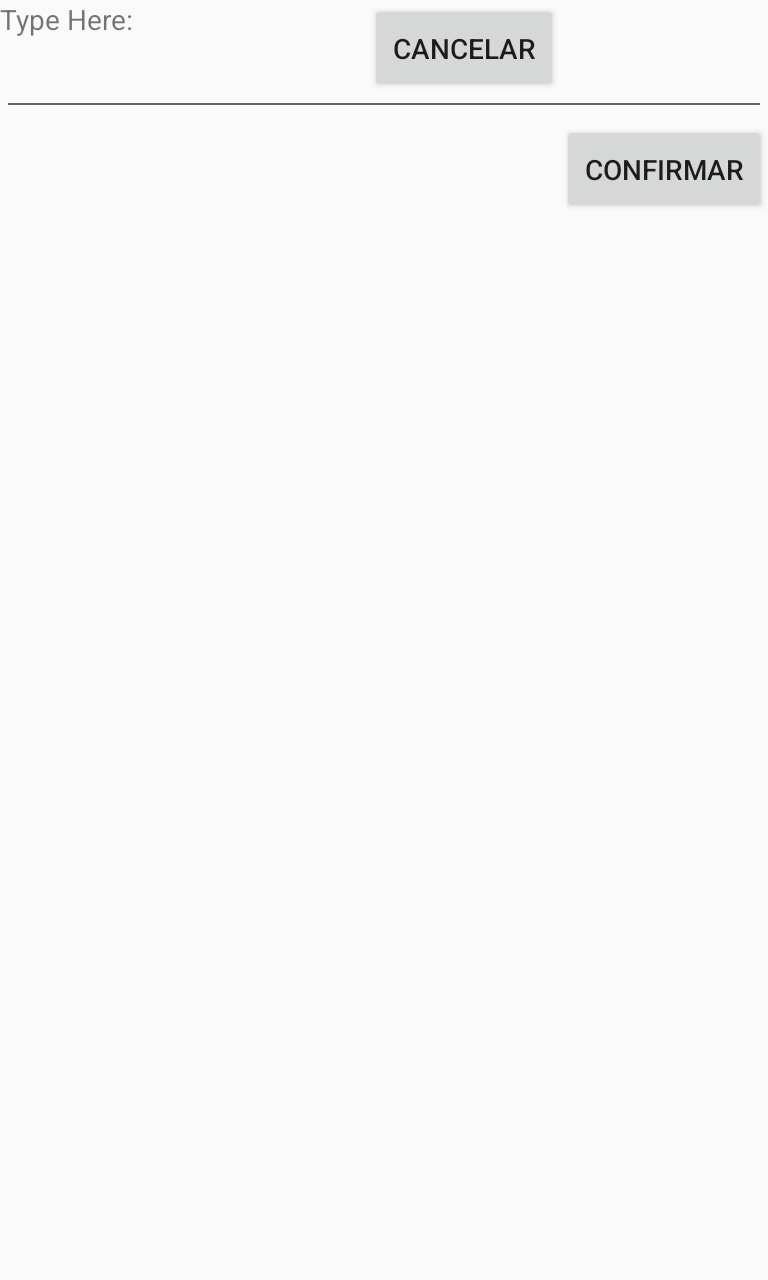
Repository: jromanz/android-projects
Layout: ListaAlumnos/res/layout/activity_relative_layout.xml
These files come from the project's save history. The layout is drawn as it stood at one moment and after the next save; the edit follows.
It is drawn on a 768 x 1280 px phone screen (xhdpi) without system bars, with theme AppTheme; the app's code is not run.

Above is the layout before, as saved 2014-08-28 22:03:43.

After the next save:
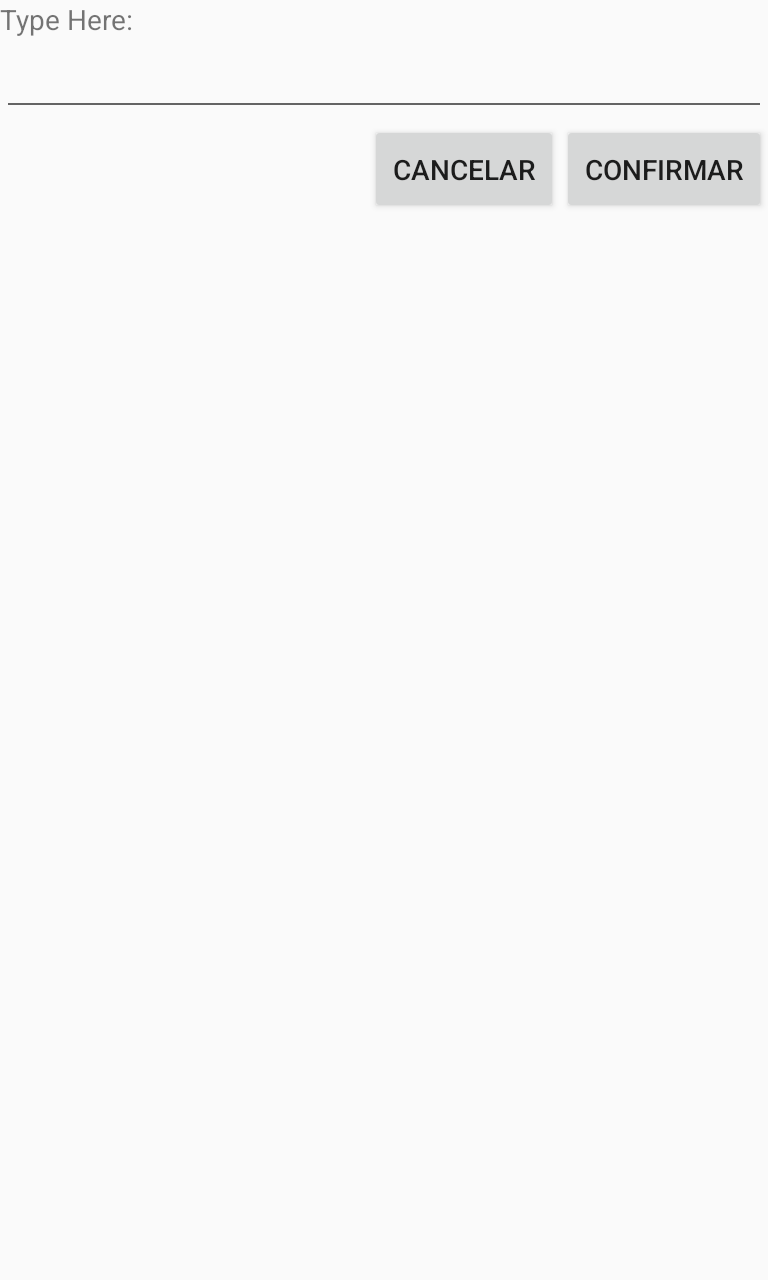
Saved 4 min 53 s later.
--- a/ListaAlumnos/res/layout/activity_relative_layout.xml
+++ b/ListaAlumnos/res/layout/activity_relative_layout.xml
@@ -27,6 +27,7 @@
 	    />
 	<Button
 	    android:id="@+id/btnRelCancelar"
+	    android:layout_below="@+id/txtRelative"
 	    android:layout_toLeftOf="@+id/btnRelConfirmar"
 	    android:layout_width="wrap_content"
 	    android:layout_height="wrap_content"
